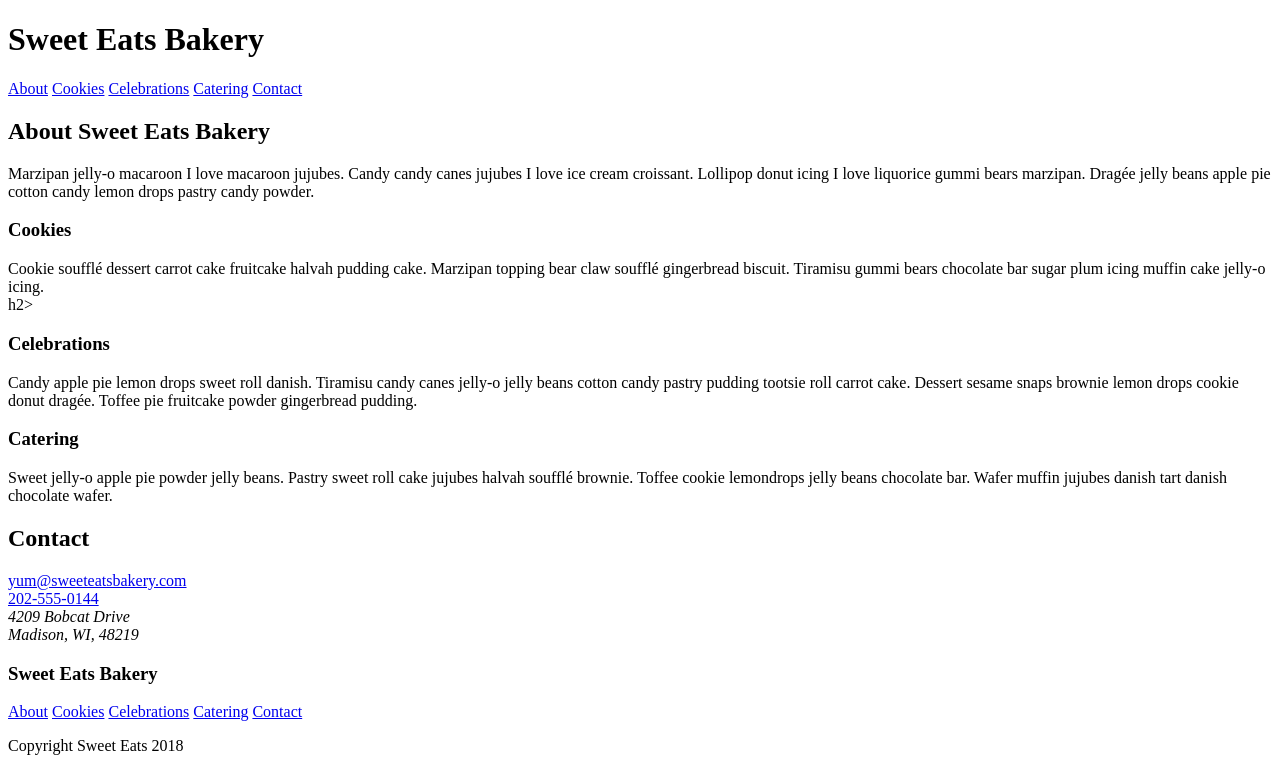
Repository: yoshimario/web-module-challenge-user-interface
Page: index.html
An editor plug-in stored every save of this project. The page is shown before and after the next save, followed by the edit.
The browser window is 1280 px wide. The pictures show the whole page.
Some web fonts or font styles are not loaded; a fallback is used.

Above is the page before, as saved 2023-05-15 13:29:59.

After the next save:
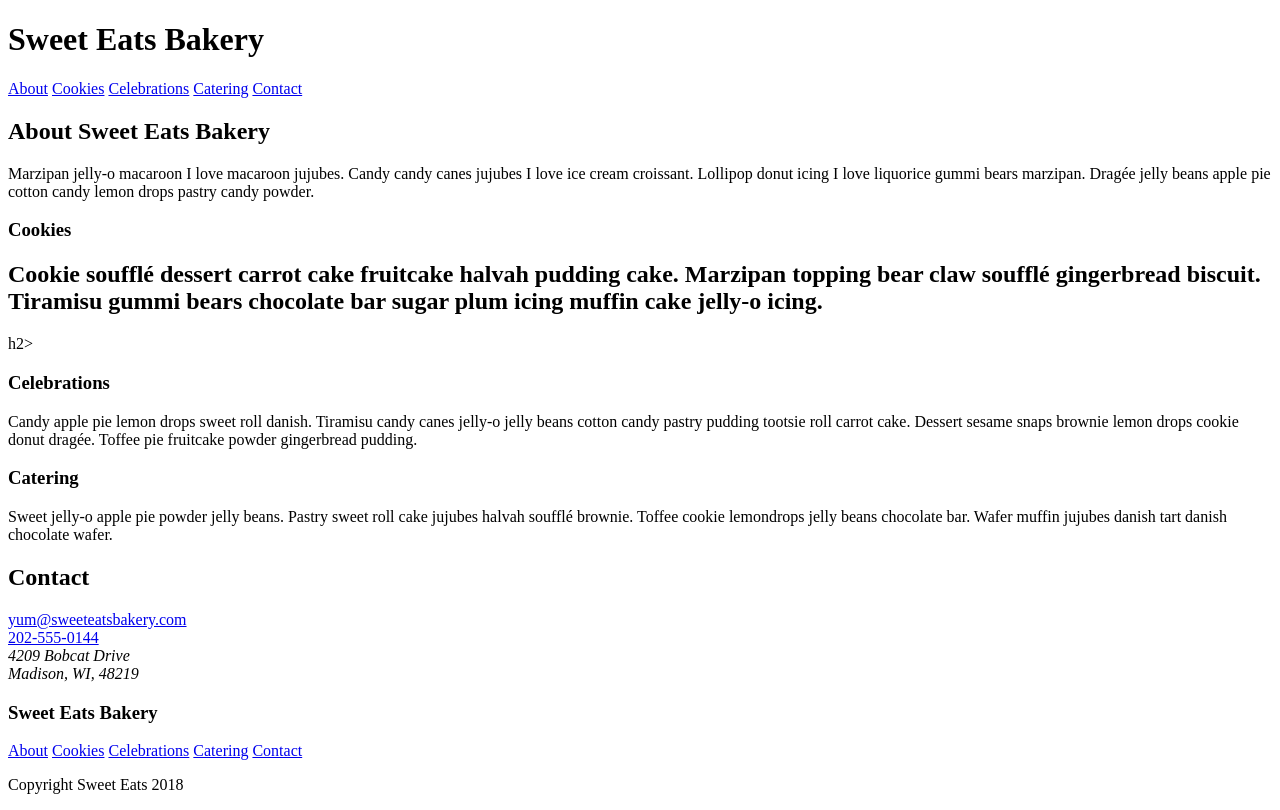
Saved 5 s later.
--- a/index.html
+++ b/index.html
@@ -40,8 +40,8 @@
     <section id="cookies">
         <h3>Cookies</h3>
 
-        <section>Cookie soufflé dessert carrot cake fruitcake halvah pudding cake. Marzipan topping bear claw soufflé gingerbread
-        biscuit. Tiramisu gummi bears chocolate bar sugar plum icing muffin cake jelly-o icing.</section>h2>
+        <h2>Cookie soufflé dessert carrot cake fruitcake halvah pudding cake. Marzipan topping bear claw soufflé gingerbread
+        biscuit. Tiramisu gummi bears chocolate bar sugar plum icing muffin cake jelly-o icing.</h2>h2>
     </section>
     <!-- Image https://tk-assets.lambdaschool.com/297378d6-9c89-430f-9d2e-46ae3d5edce8_ui-i-bakery-cupcake-i.png -->
 
